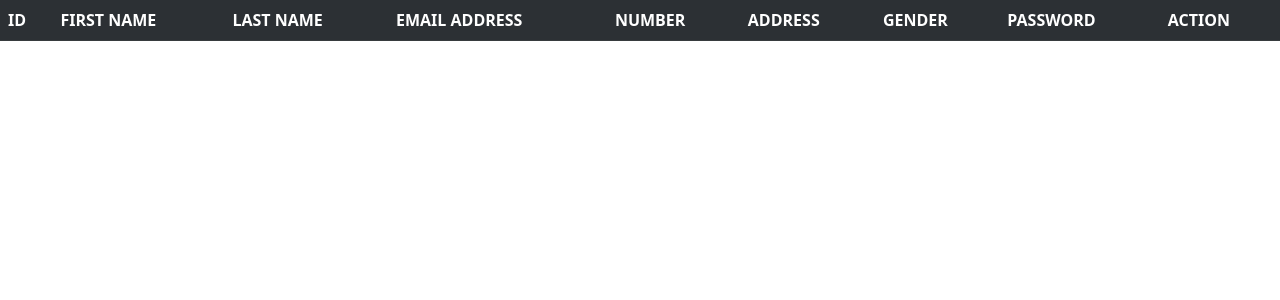
Repository: Rahulkathiriya/java-assignment-and-assesment
Page: http://localhost/web007_assesment_employee_Management_System/viewEmployee
The author's editor kept a copy of each file at every save. The page is drawn from the files as they stood at one save, then again after the next save.
The browser window is 1280 px wide. The pictures show the whole page.
The page is served by Tomcat 9. Other server files are loaded and not shown. Queries for data that is not in the repository find no rows.

Above is the page before, as saved 2022-11-17 16:50:57.

### web007_assesment_employee_Management_System/src/main/webapp/viewEmployee.jsp
<%@page import="model.employee"%>
<%@page import="java.util.ArrayList"%>
<%@ page language="java" contentType="text/html; charset=UTF-8"
	pageEncoding="UTF-8"%>
<!DOCTYPE html>
<html>
<head>
<meta charset="UTF-8">
<!-- CSS only -->
<link
	href="https://cdn.jsdelivr.net/npm/bootstrap@5.2.0/dist/css/bootstrap.min.css"
	rel="stylesheet"
	integrity="sha384-gH2yIJqKdNHPEq0n4Mqa/HGKIhSkIHeL5AyhkYV8i59U5AR6csBvApHHNl/vI1Bx"
	crossorigin="anonymous">
<!-- <-- JavaScript Bundle with Popper -->
<script
	src="https://cdn.jsdelivr.net/npm/bootstrap@5.2.0/dist/js/bootstrap.bundle.min.js"
	integrity="sha384-A3rJD856KowSb7dwlZdYEkO39Gagi7vIsF0jrRAoQmDKKtQBHUuLZ9AsSv4jD4Xa"
	crossorigin="anonymous"></script>
<link rel="stylesheet"
	href="https://cdnjs.cloudflare.com/ajax/libs/font-awesome/6.2.1/css/all.min.css"
	integrity="sha512-MV7K8+y+gLIBoVD59lQIYicR65iaqukzvf/nwasF0nqhPay5w/9lJmVM2hMDcnK1OnMGCdVK+iQrJ7lzPJQd1w=="
	crossorigin="anonymous" referrerpolicy="no-referrer" />
<!--  	j-Queary cdn -->
<script
	src="https://cdnjs.cloudflare.com/ajax/libs/jquery/3.6.1/jquery.min.js"
	integrity="sha512-aVKKRRi/Q/YV+4mjoKBsE4x3H+BkegoM/em46NNlCqNTmUYADjBbeNefNxYV7giUp0VxICtqdrbqU7iVaeZNXA=="
	crossorigin="anonymous" referrerpolicy="no-referrer"></script>
<title>Employee List</title>
</head>
<body>

	<div class="contaier-fluid">

		<table class="table table-dark table-striped">

			<tr>

				<th>ID</th>
				<th>FIRST NAME</th>
				<th>LAST NAME</th>
				<th>EMAIL ADDRESS</th>
				<th>NUMBER</th>
				<th>ADDRESS</th>
				<th>GENDER</th>
				<th>PASSWORD</th>
				<th colspan="2">ACTION</th>
			</tr>


			<%
			ArrayList<employee> al = (ArrayList) request.getAttribute("data");
			for (employee e : al) {
			%>

			<tr>

				<td><%=e.getId()%></td>
				<td><%=e.getFname()%></td>
				<td><%=e.getLname()%></td>
				<td><%=e.getEmail()%></td>
				<td><%=e.getNumber()%></td>
				<td><%=e.getAddress()%></td>
				<td><%=e.getGender()%></td>
				<td><%=e.getPassword()%></td>
				<td><a href="update?uid=<%=e.getId()%>&&action=update"
					class="btn btn-primary"><i class="fa-solid fa-pen"></i></a></td>
				<td><a href="update?uid=<%=e.getId()%>&&action=delete"
					class="btn btn-danger"><i class="fa-solid fa-pen"></i></a></td>

			</tr>



			<%
			}
			%>




		</table>

	</div>








</body>
</html>

### web007_assesment_employee_Management_System/src/main/java/controller/viewEmployee.java
package controller;

import java.io.IOException;
import javax.servlet.ServletException;
import javax.servlet.annotation.WebServlet;
import javax.servlet.http.HttpServlet;
import javax.servlet.http.HttpServletRequest;
import javax.servlet.http.HttpServletResponse;

import dao.empDao;

/**
 * Servlet implementation class viewEmployee
 */
@WebServlet("/viewEmployee")
public class viewEmployee extends HttpServlet {
	private static final long serialVersionUID = 1L;

	/**
	 * @see HttpServlet#HttpServlet()
	 */
	public viewEmployee() {
		super();
		// TODO Auto-generated constructor stub
	}

	/**
	 * @see HttpServlet#doGet(HttpServletRequest request, HttpServletResponse
	 *      response)
	 */
	protected void doGet(HttpServletRequest req, HttpServletResponse resp) throws ServletException, IOException {

		empDao dao = new empDao();

		req.setAttribute("data", dao.viewAllData());
		req.getRequestDispatcher("viewEmployee.jsp").forward(req, resp);

	}

	/**
	 * @see HttpServlet#doPost(HttpServletRequest request, HttpServletResponse
	 *      response)
	 */
	protected void doPost(HttpServletRequest request, HttpServletResponse response)
			throws ServletException, IOException {
		// TODO Auto-generated method stub
		doGet(request, response);
	}

}

### web007_assesment_employee_Management_System/src/main/java/dao/empDao.java
package dao;

import java.sql.Connection;
import java.sql.DriverManager;
import java.sql.PreparedStatement;
import java.sql.ResultSet;
import java.sql.SQLException;
import java.util.ArrayList;

import model.employee;

public class empDao {
	Connection cn = null;

	public empDao() {

		try {
			Class.forName("com.mysql.cj.jdbc.Driver");
			cn = DriverManager.getConnection("jdbc:mysql://localhost:3306/java", "root", "");
		} catch (ClassNotFoundException | SQLException e) {
			// TODO Auto-generated catch block
			e.printStackTrace();
		}

	}

	public int addEmployee(employee emp) {

		int addEmp = 0;

		try {
			PreparedStatement ps = cn.prepareStatement("insert into employee values(?,?,?,?,?,?,?,?)");
			ps.setInt(1, 0);
			ps.setString(2, emp.getFname());
			ps.setString(3, emp.getLname());
			ps.setString(4, emp.getEmail());
			ps.setString(5, emp.getNumber());
			ps.setString(6, emp.getAddress());
			ps.setString(7, emp.getGender());
			ps.setString(8, emp.getPassword());

			addEmp = ps.executeUpdate();

		} catch (SQLException e) {
			// TODO Auto-generated catch block
			e.printStackTrace();
		}

		return addEmp;
	}

	public ArrayList<employee> viewAllData() {

		ArrayList<employee> al = new ArrayList();

		try {
			PreparedStatement ps = cn.prepareStatement("select * from employee");
			ResultSet rs = ps.executeQuery();
			while (rs.next()) {

				employee e = new employee();

				e.setId(rs.getInt(1));
				e.setFname(rs.getString(2));
				e.setLname(rs.getString(3));
				e.setEmail(rs.getString(4));
				e.setNumber(rs.getString(5));
				e.setAddress(rs.getString(6));
				e.setGender(rs.getString(7));
				e.setPassword(rs.getString(8));

				al.add(e);

			}
		} catch (SQLException e) {
			// TODO Auto-generated catch block
			e.printStackTrace();
		}

		return al;
	}

}

After the next save:
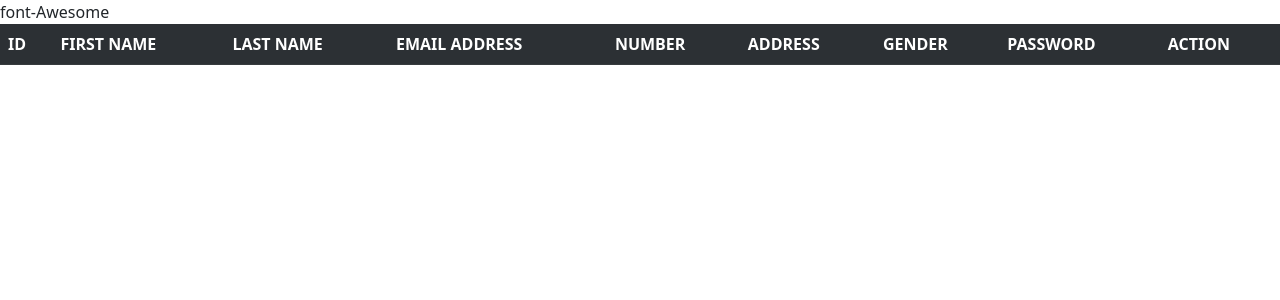
Saved 15 s later.
--- a/web007_assesment_employee_Management_System/src/main/webapp/viewEmployee.jsp
+++ b/web007_assesment_employee_Management_System/src/main/webapp/viewEmployee.jsp
@@ -17,6 +17,8 @@
 	src="https://cdn.jsdelivr.net/npm/bootstrap@5.2.0/dist/js/bootstrap.bundle.min.js"
 	integrity="sha384-A3rJD856KowSb7dwlZdYEkO39Gagi7vIsF0jrRAoQmDKKtQBHUuLZ9AsSv4jD4Xa"
 	crossorigin="anonymous"></script>
+
+	font-Awesome
 <link rel="stylesheet"
 	href="https://cdnjs.cloudflare.com/ajax/libs/font-awesome/6.2.1/css/all.min.css"
 	integrity="sha512-MV7K8+y+gLIBoVD59lQIYicR65iaqukzvf/nwasF0nqhPay5w/9lJmVM2hMDcnK1OnMGCdVK+iQrJ7lzPJQd1w=="
